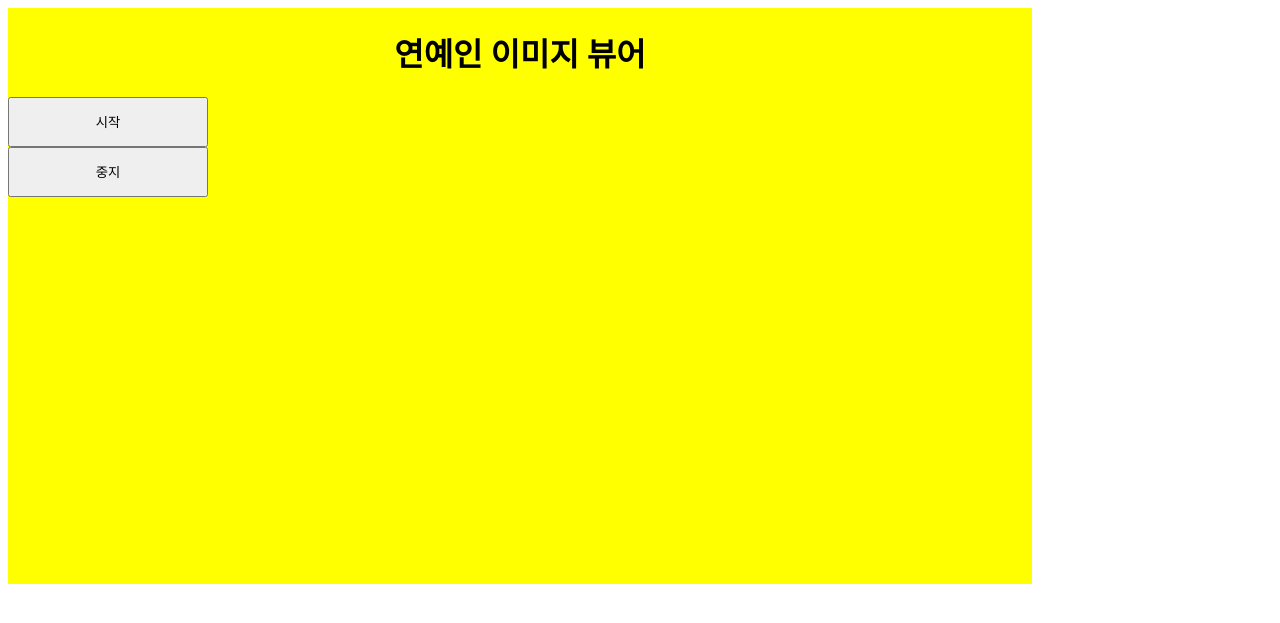
Repository: IreneCho/sk
Page: jqueryTest/WebContent/20160816/animation.html
The author's editor kept a copy of each file at every save. The page is drawn from the files as they stood at one save, then again after the next save.
The browser window is 1280 px wide. The pictures show the whole page.

Above is the page before, as saved 2016-08-16 07:30:45.

After the next save:
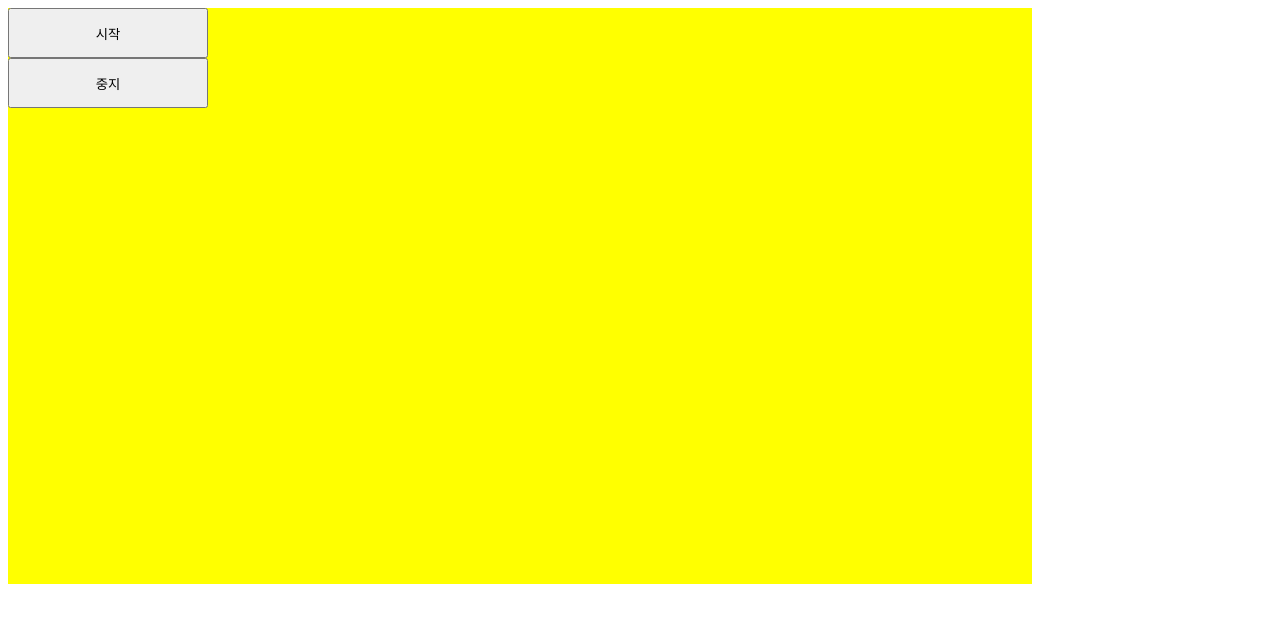
Saved 33 s later.
--- a/jqueryTest/WebContent/20160816/animation.html
+++ b/jqueryTest/WebContent/20160816/animation.html
@@ -28,8 +28,8 @@
 
 		div{
 		position: absolute;
-		width: 200px;
-		height: 200px;
+		width: 100px;
+		height: 100px;
 		background-color: yellow;
 		}
 
@@ -58,7 +58,6 @@
 	</head>
 	<body>
 		<div id="container">
-			<h1>연예인 이미지 뷰어</h1>
 			<div id="mydiv"></div>
 			<div id="btnBox">
 				<button onclick="fn()">시작</button>
